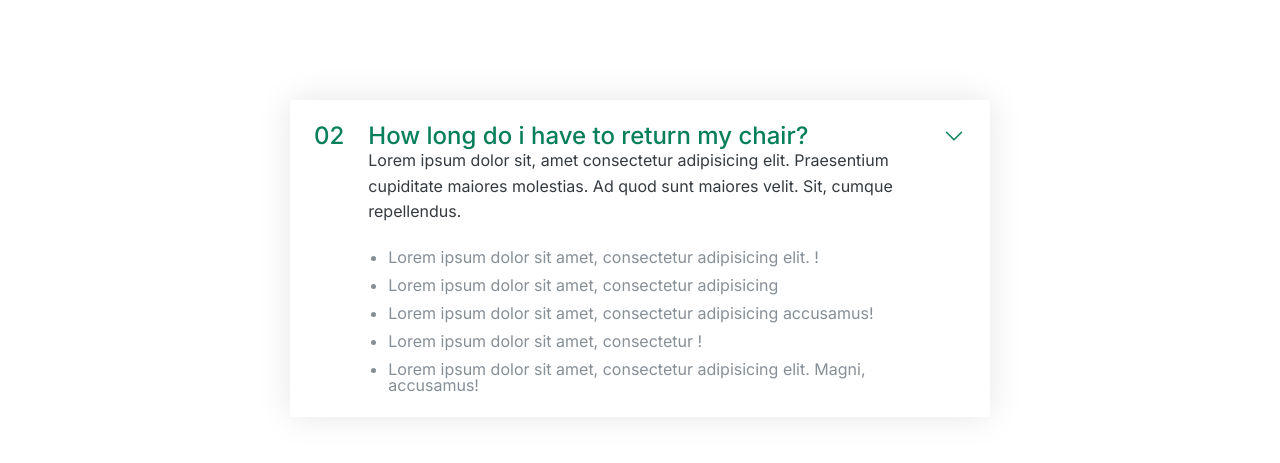
Repository: sunny070/CSS
Page: HTML and CSS some of the important components/index.html
These files come from the project's save history. The page is drawn as it stood at one moment and after a run of saves; the edit follows.
The browser window is 1280 px wide. The pictures show the whole page.

Above is the page before, as saved 2023-11-13 15:20:35.

### HTML and CSS some of the important components/index.html
<!DOCTYPE html>
<html lang="en">
  <head>
    <meta charset="UTF-8" />
    <meta name="viewport" content="width=device-width, initial-scale=1.0" />
    <title>Accordion Components</title>
    <link
      href="https://fonts.googleapis.com/css2?family=Inter:wght@400;500;700&display=swap"
      rel="stylesheet"
    />
    <style>
      /*
    SPACING SYSTEM (px)
    2 / 4 / 8 / 12 / 16 / 24 / 32 / 48 / 64 / 80 / 96 / 128

    FONT SIZE SYSTEM (px)
    10 / 12 / 14 / 16 / 18 / 20 / 24 / 30 / 36 / 44 / 52 / 62 / 74 / 86 / 98
    */

      /*
    MAIN COLOR: #087f5b
    GREY COLOR: #343a40
    */

      * {
        margin: 0;
        padding: 0;
        box-sizing: border-box;
      }

      /* ------------------------ */
      /* GENERAL STYLES */
      /* ------------------------ */
      body {
        font-family: "Inter", sans-serif;
        color: #343a40;
        line-height:1;
      }
      .accordion
      {
        width:700px;
        margin: 100px auto;

      }
      .item{
        box-shadow: 0 0 32px rgba(0,0,0,0.1);
        padding: 24px;
        display: grid;
        grid-template-columns: auto 1fr auto;
        column-gap:24px;
      }
      .number ,.text{
        font-size: 24px;
        font-weight: 500;
        color:#087f5b;
      }

      .icon{
        width: 24px;
        height: 24px;
        stroke: #087f5b;
      }
      .hidden-box{
        grid-column: 2;
      }
      .hidden-box p{
        line-height: 1.6;
        margin-bottom: 24px;
      }
      .hidden-box ul{
        color:#868e96;
        margin-left: 20px;
        display:flex;
        flex-direction: column;
        gap: 12px;

      }
      /* .hidden-box li{
        margin-bottom: 12px;
      } */
    </style>
  </head>
  <body>
<div class="accordion">
  <div class="item">
  <p class="number"> 02</p>
  <p class="text">How long do i have to return my chair?</p>
  <svg class="icon" xmlns="http://www.w3.org/2000/svg" fill="none" viewBox="0 0 24 24" stroke-width="1.5" stroke="currentColor" class="w-6 h-6">
    <path stroke-linecap="round" stroke-linejoin="round" d="M19.5 8.25l-7.5 7.5-7.5-7.5" />
  </svg>
  <div class="hidden-box">
    <p>Lorem ipsum dolor sit, amet consectetur adipisicing elit. Praesentium cupiditate maiores molestias. Ad quod sunt maiores velit. Sit, cumque repellendus.</p>
    <ul>
      <li>Lorem ipsum dolor sit amet, consectetur adipisicing elit. !</li>
      <li>Lorem ipsum dolor sit amet, consectetur adipisicing</li>
      <li>Lorem ipsum dolor sit amet, consectetur adipisicing  accusamus!</li>
      <li>Lorem ipsum dolor sit amet, consectetur !</li>
      <li>Lorem ipsum dolor sit amet, consectetur adipisicing elit. Magni, accusamus!</li>

    </ul>
  </div>
  </div>

</div>

  </body>
</html>

After the next 2 saves:
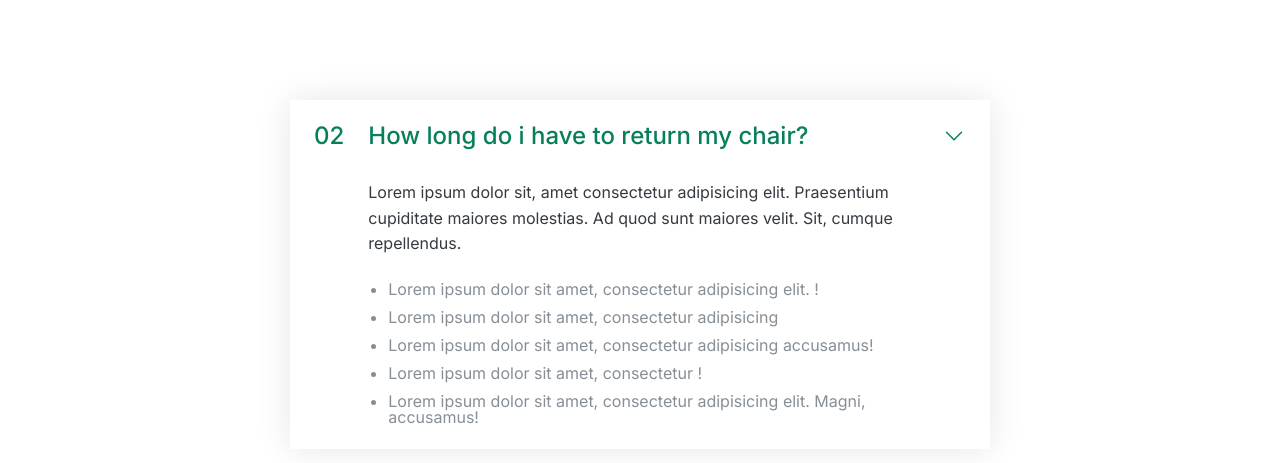
The 2 saves are shown as one change because they came seconds apart.
The last was saved 10 s later.
--- a/HTML and CSS some of the important components/index.html
+++ b/HTML and CSS some of the important components/index.html
@@ -48,6 +48,7 @@
         display: grid;
         grid-template-columns: auto 1fr auto;
         column-gap:24px;
+        row-gap: 32px;
       }
       .number ,.text{
         font-size: 24px;
